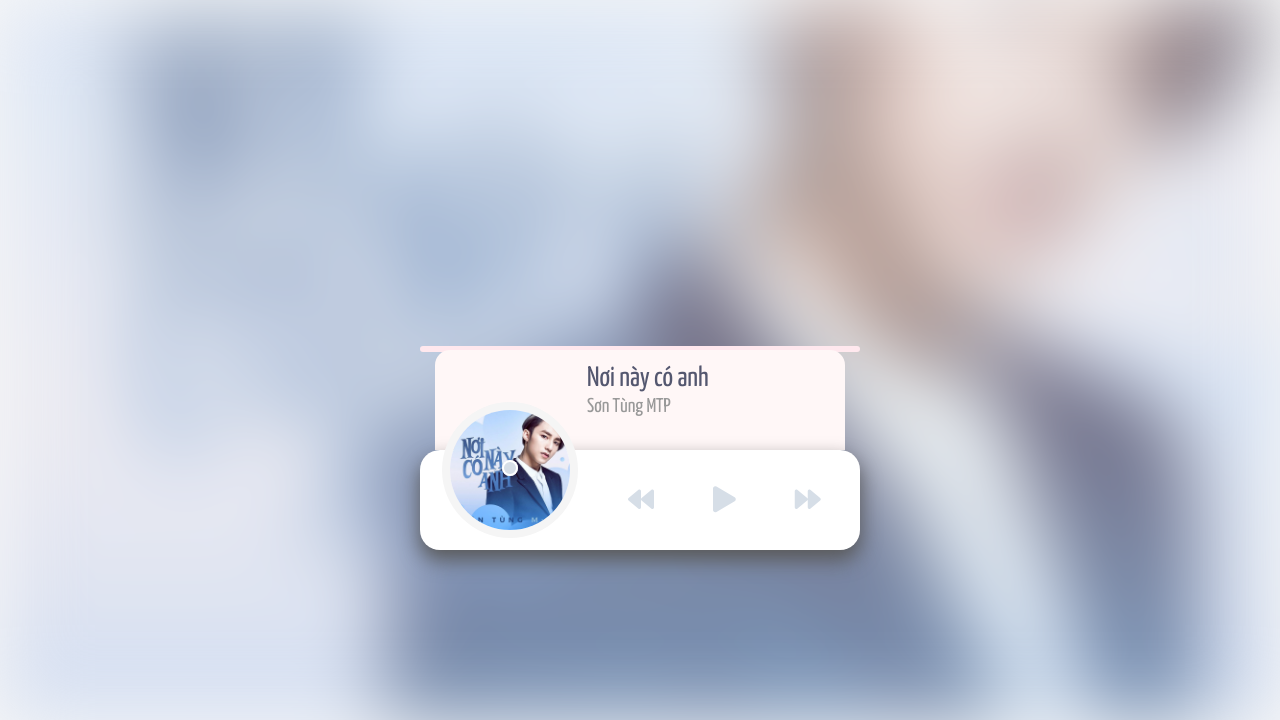
Repository: nguyentien110-fe/Music_Player_Demo
Page: index.html
An editor plug-in stored every save of this project. The page is shown before and after the next save, followed by the edit.
The browser window is 1280 px wide. The pictures show the whole page.

Above is the page before, as saved 2021-08-29 23:11:01.

### index.html
<!DOCTYPE html>
<html lang="en">

<head>
    <meta charset="UTF-8">
    <meta http-equiv="X-UA-Compatible" content="IE=edge">
    <meta name="viewport" content="width=device-width, initial-scale=1.0">
    <link rel="stylesheet" href="https://cdnjs.cloudflare.com/ajax/libs/font-awesome/5.15.4/css/all.min.css" integrity="sha512-1ycn6IcaQQ40/MKBW2W4Rhis/DbILU74C1vSrLJxCq57o941Ym01SwNsOMqvEBFlcgUa6xLiPY/NS5R+E6ztJQ==" crossorigin="anonymous" referrerpolicy="no-referrer">
    <link rel="stylesheet" href="style.css">
    <title>Music Player App | NTIEZDev</title>
</head>

<body>
    <div id="app">
        <div id="bg-artwork"></div>
        <div id="bg-layer"></div>
        <div id="player">
            <div id="player-track">
                <div id="album-name"></div>
                <div id="track-name"></div>
                <div id="track-time">
                    <div id="current-time"></div>
                    <div id="track-length"></div>
                </div>
            </div>
            <div id="s-area">
                <div id="ins-time"></div>
                <div id="s-hover"></div>
                <div id="seek-bar"></div>
            </div>
        </div>
        <div id="player-content">
            <div id="album-art">
                <img src="./img/pic1.jpg" class="active" id="1">
                <img src="./img/pic2.jpg" id="2">
                <img src="./img/pic3.jpg" id="3">
                <img src="./img/pic4.jpg" id="4">
                <img src="./img/pic5.jpg" id="5">
                <img src="./img/pic6.jpg" id="6">
            </div>
            <div id="player-controls">
                <div class="control">
                    <div class="button" id="play-previous">
                        <i class="fas fa-backward"></i>
                    </div>
                </div>
                <div class="control">
                    <div class="button" id="play-pause-button">
                        <i class="fas fa-play"></i>
                    </div>
                </div>
                <div class="control">
                    <div class="button" id="play-next">
                        <i class="fas fa-forward"></i>
                    </div>
                </div>
            </div>
        </div>
    </div>
    <script src="https://cdnjs.cloudflare.com/ajax/libs/jquery/3.6.0/jquery.min.js" integrity="sha512-894YE6QWD5I59HgZOGReFYm4dnWc1Qt5NtvYSaNcOP+u1T9qYdvdihz0PPSiiqn/+/3e7Jo4EaG7TubfWGUrMQ==" crossorigin="anonymous" referrerpolicy="no-referrer"></script>
    <script src="./main.js"></script>

</body>

</html>

### style.css
@import url('https://fonts.googleapis.com/css2?family=Yanone+Kaffeesatz&display=swap');
*:focus {
    outline: none;
}

body {
    font-family: 'Yanone Kaffeesatz', sans-serif;
}

#app {
    position: absolute;
    top: 50%;
    right: 0;
    left: 0;
    bottom: 0;
    width: 440px;
    height: 100px;
    margin: -10px auto;
}

#bg-artwork {
    position: fixed;
    top: 0;
    right: 0;
    left: 0;
    bottom: 0;
    background-position: center;
    background-repeat: no-repeat;
    background-size: cover;
    filter: blur(40px);
    z-index: 1;
}

#bg-layer {
    position: fixed;
    top: 0;
    right: 0;
    left: 0;
    bottom: 0;
    background-color: #ebebeb;
    opacity: 0.4;
    z-index: 2;
}

#player {
    position: relative;
    height: 100%;
    z-index: 3;
}

#player-track {
    position: absolute;
    top: 0;
    right: 15px;
    left: 15px;
    bottom: 0;
    padding: 14px 22px 12px 152px;
    background-color: #fff7f7;
    border-radius: 15px 15px 0 0;
    z-index: 1;
    transition: 0.3s ease top;
    will-change: transition;
}

#player-track.active {
    top: -110px;
}

#album-name {
    white-space: nowrap;
    overflow: hidden;
    text-overflow: ellipsis;
    color: #54576f;
    font-size: 28px;
    font-weight: 550;
}

#track-name {
    color: #999;
    font-size: 20px;
    margin: 4px 0 14px 0;
}

#track-time {
    height: 12px;
    margin-bottom: 8px;
    overflow: hidden;
}

#current-time {
    float: left;
}

#track-length {
    float: right;
}

#current-time,
#track-length {
    color: transparent;
    font-size: 14px;
    background-color: #ffe8ee;
    transition: 0.4s ease all;
    will-change: transition;
}

#track-time.active #current-time,
#track-time.active #track-length {
    color: #f86d92;
    background-color: transparent;
}

#s-area,
#seek-bar {
    position: relative;
    bottom: 4px;
    height: 6px;
    border-radius: 6px;
}

#s-area {
    background-color: #ffe8ee;
    cursor: pointer;
}

#ins-time {
    position: absolute;
    top: -30px;
    color: #fff;
    font-size: 12px;
    white-space: pre;
    padding: 8px 6px;
    border-radius: 4px;
    display: none;
}

#s-hover {
    position: absolute;
    top: 0;
    left: 0;
    bottom: 0;
    opacity: 0.2;
    z-index: 2;
}

#ins-time,
#s-hover {
    background-color: #434450;
}

#seek-bar {
    content: '';
    position: absolute;
    top: 0;
    left: 0;
    bottom: 0;
    background-color: #fd6d94;
    z-index: 1;
    transition: 0.2s ease all;
    will-change: transition;
}

#player-content {
    position: relative;
    height: 100%;
    background-color: #fff;
    box-shadow: 0 10px 20px #5a5a5a;
    border-radius: 20px;
    z-index: 3;
}

#album-art {
    position: absolute;
    top: -40px;
    width: 120px;
    height: 120px;
    margin-left: 30px;
    box-shadow: 0 0 0 8px #f5f5f5;
    border-radius: 50%;
    overflow: hidden;
    transition: 0.4s ease all;
    will-change: transition;
}

#album-art.active {
    top: -72px;
    box-shadow: 0 0 0 4px #fff7f7, 0 30px 50px -15px #afb7c1;
}

#album-art::before {
    content: '';
    position: absolute;
    top: 50%;
    right: 0;
    left: 0;
    width: 16px;
    height: 16px;
    margin: -10px auto -10px auto;
    background-color: #d6dee7;
    border-radius: 50%;
    box-shadow: inset 0 0 0 2px #fff;
    z-index: 2;
}

#album-art img {
    display: block;
    position: absolute;
    top: 0;
    left: 0;
    width: 100%;
    height: 100%;
    opacity: 0;
    z-index: -1;
}

#album-art img.active {
    opacity: 1;
    z-index: 1;
}

#album-art.active img.active {
    z-index: 1;
    animation: animateAlbum 4s linear 0s infinite forwards;
}

@keyframes animateAlbum {
    0% {
        transform: rotateZ(0);
    }
    100% {
        transform: rotateZ(360deg);
    }
}

#player-controls {
    width: 250px;
    height: 100%;
    margin: 0 6px 0 140px;
    float: right;
}

.control {
    width: 33.333%;
    float: left;
    padding: 12px 0;
}

.button {
    width: 26px;
    height: 26px;
    padding: 24px;
    background-color: #fff;
    border-radius: 10px;
    cursor: pointer;
    transform: scale(1);
}

.button i {
    display: block;
    color: #d6dee7;
    font-size: 26px;
    text-align: center;
}

.button,
.button i {
    transition: 0.4s ease all;
    will-change: transition;
}

.button:hover {
    background-color: #dadada;
    box-shadow: 0 0 10px #c9c9c9;
    transform: scale(1.1);
}

.button:hover i {
    color: #fff;
}

### main.js
$(function() {
    // Tạo biến và gán giá trị
    var playerTrack = $("#player-track"),
        bgArtwork = $('#bg-artwork'),
        bgArtworkUrl, albumName = $('#album-name'),
        trackName = $('#track-name'),
        albumArt = $('#album-art'),
        sArea = $('#s-area'),
        seekBar = $('#seek-bar'),
        trackTime = $('#track-time'),
        insTime = $('#ins-time'),
        sHover = $('#s-hover'),
        playPauseButton = $("#play-pause-button"),
        i = playPauseButton.find('i'),
        tProgress = $('#current-time'),
        tTime = $('#track-length'),
        tFlag = false,
        albums = ['Nơi này có anh', 'Bỏ em vào balo', 'Sai cách yêu', 'Một bước yêu vạn dặm đau', 'Nắm lấy tay anh', 'BIGCITYBOI'],
        trackNames = ['Sơn Tùng MTP', 'Tân Trần', 'Lê Bảo Bình', 'Mr.Siro', 'Tuấn Hưng', 'TOULIVER x BINZ'],
        albumArtworks = ['1', '2', '3', '4', '5', '6'],
        trackUrl = ['./Musics/song1.mp3', './Musics/song2.mp3', './Musics/song3.mp3', './Musics/song4.mp3', './Musics/song5.mp3', './Musics/song6.mp3'],
        playPreviousTrackButton = $('#play-previous'),
        playNextTrackButton = $('#play-next'),
        currIndex = -1

    // Keys chứa thông tin bài hát
    var songs = [

        {
            artist: "Sơn Tùng MTP",
            name: "Nơi này có anh",
            url: "./Musics/song1.mp3",
            picture: "./img/pic1.jpg"
        },
        {
            artist: "Tân Trần",
            name: "Bỏ em vào balo",
            url: "./Musics/song2.mp3",
            picture: "./img/pic2.jpg"
        },
        {
            artist: "Lê Bảo Bình",
            name: "Sai cách yêu",
            url: "./Musics/song3.mp3",
            picture: "./img/pic3.jpg"
        },
        {
            artist: "Mr.Siro",
            name: "Một bước yêu vạn dặm đau",
            url: "./Musics/song4.mp3",
            picture: "./img/pic4.jpg"
        },
        {
            artist: "Tuấn Hưng",
            name: "Nắm lấy tay anh",
            url: "./Musics/song5.mp3",
            picture: "./img/pic5.jpg"
        },
        {
            artist: "TOULIVER x BINZ",
            name: "BIGCITYBOI",
            url: "./Musics/song6.mp3",
            picture: "./img/pic6.jpg"
        }

    ];

    // Hàm playPause dùng để dừng nhạc / tiếp tục phát từ điểm dừng cuối cùng
    function playPause() {
        setTimeout(function() {
            if (audio.paused) {
                playerTrack.addClass('active');
                albumArt.addClass('active');
                i.attr('class', 'fas fa-pause');
                audio.play();
            } else {
                playerTrack.removeClass('active');
                albumArt.removeClass('active');
                i.attr('class', 'fas fa-play');
                audio.pause();
            }
        }, 200)
    }

    // Hàm showHover dùng để set giá trị muốn click khi hover trên thanh trượt

    function showHover(event) {
        seekBarPos = sArea.offset();
        seekT = event.clientX - seekBarPos.left;
        seekLoc = audio.duration * (seekT / sArea.outerWidth());

        sHover.width(seekT);

        cM = seekLoc / 60;

        ctMinutes = Math.floor(cM);
        ctSeconds = Math.floor(seekLoc - ctMinutes * 60);

        if ((ctMinutes < 0) || (ctSeconds < 0))
            return;

        if ((ctMinutes < 0) || (ctSeconds < 0))
            return;

        if (ctMinutes < 10)
            ctMinutes = '0' + ctMinutes;
        if (ctSeconds < 10)
            ctSeconds = '0' + ctSeconds;

        if (isNaN(ctMinutes) || isNaN(ctSeconds))
            insTime.text('--:--');
        else
            insTime.text(ctMinutes + ':' + ctSeconds);

        insTime.css({ 'left': seekT, 'margin-left': '-21px' }).fadeIn(0);

    }

    // Hàm hideHover dùng để đặt lại các text đếm thời gian về điểm bắt đầu
    function hideHover() {
        sHover.width(0);
        insTime.text('00:00').css({ 'left': '0px', 'margin-left': '0px' }).fadeOut(0);
    }

    // Hàm playFromClickedPos có chức năng chuyển lời bài hát đến mốc thời gian đã chọn trên thanh trượt
    function playFromClickedPos() {
        audio.currentTime = seekLoc;
        seekBar.width(seekT);
        hideHover();
    }

    // Hàm updateCurrTime dùng để set thời gian, nếu đủ 100% thì chuyển bài và set thời gian về bắt đầu
    function updateCurrTime() {
        nTime = new Date();
        nTime = nTime.getTime();

        if (!tFlag) {
            tFlag = true;
            trackTime.addClass('active');
        }

        curMinutes = Math.floor(audio.currentTime / 60);
        curSeconds = Math.floor(audio.currentTime - curMinutes * 60);

        durMinutes = Math.floor(audio.duration / 60);
        durSeconds = Math.floor(audio.duration - durMinutes * 60);

        playProgress = (audio.currentTime / audio.duration) * 100;

        if (curMinutes < 10)
            curMinutes = '0' + curMinutes;
        if (curSeconds < 10)
            curSeconds = '0' + curSeconds;

        if (durMinutes < 10)
            durMinutes = '0' + durMinutes;
        if (durSeconds < 10)
            durSeconds = '0' + durSeconds;

        if (isNaN(curMinutes) || isNaN(curSeconds))
            tProgress.text('00:00');
        else
            tProgress.text(curMinutes + ':' + curSeconds);

        if (isNaN(durMinutes) || isNaN(durSeconds))
            tTime.text('00:00');
        else
            tTime.text(durMinutes + ':' + durSeconds);

        if (isNaN(curSeconds) || isNaN(curSeconds) || isNaN(durMinutes) || isNaN(durSeconds))
            trackTime.removeClass('active');
        else
            trackTime.addClass('active');


    }

    // Hàm selectTrack dùng để chuyển bài (tiến || lùi)
    function selectTrack(flag) {
        if (flag == 0 || flag == 1)
            ++currIndex;
        else
            --currIndex;

        if ((currIndex > -1) && (currIndex < songs.length)) {
            if (flag == 0)
                i.attr('class', 'fas fa-play');
            else
                i.attr('class', 'fas fa-pause');

            currAlbum = albums[currIndex];
            currTrackName = trackNames[currIndex];
            currArtwork = albumArtworks[currIndex];
            audio.src = trackUrl[currIndex];

            if (flag != 0) {
                audio.play();
                playerTrack.addClass('active');
                albumArt.addClass('active');
            }

            albumName.text(currAlbum);
            trackName.text(currTrackName);
            albumArt.find('img.active').removeClass('active');
            $('#' + currArtwork).addClass('active');

            bgArtworkUrl = $('#' + currArtwork).attr('src');
            bgArtwork.css({
                'background-image': 'url(' + bgArtworkUrl + ')'
            });
        } else {
            if (flag == 0 || flag == 1)
                --currIndex;
            else
                ++currIndex;
        }
    }

    // Hàm initPlayer dùng để bắt đầu Player và gán tuần tự các events
    function initPlayer() {
        audio = new Audio();

        selectTrack(0);

        audio.loop = false;

        playPauseButton.on('click', playPause);
        sArea.mousemove(function(event) {
            showHover(event);
        });

        sArea.mouseout(hideHover);

        sArea.on('click', playFromClickedPos);

        $(audio).on('timeupdate', updateCurrTime);

        playPreviousTrackButton.on('click', function() {
            selectTrack(-1);
        });

        playNextTrackButton.on('click', function() {
            selectTrack(1);
        });
    }
    initPlayer();
});

After the next save:
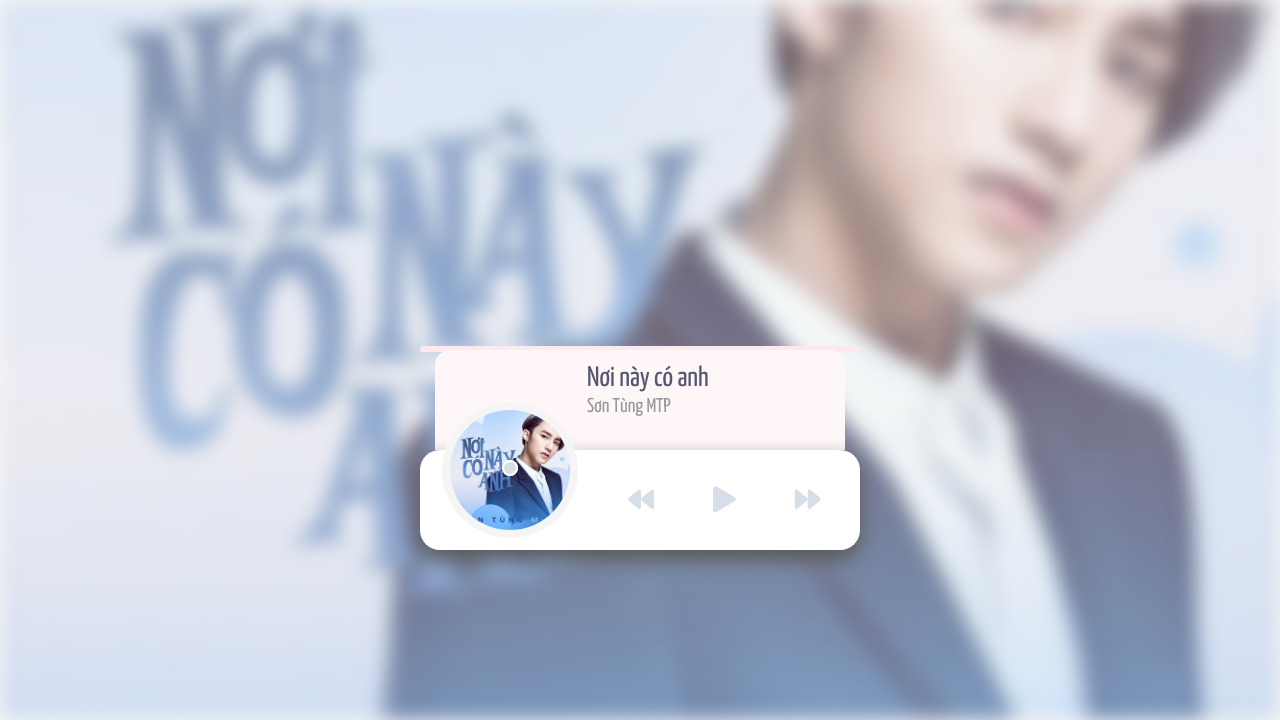
Saved 9 s later.
--- a/style.css
+++ b/style.css
@@ -27,7 +27,7 @@
     background-position: center;
     background-repeat: no-repeat;
     background-size: cover;
-    filter: blur(40px);
+    filter: blur(10px);
     z-index: 1;
 }
 
